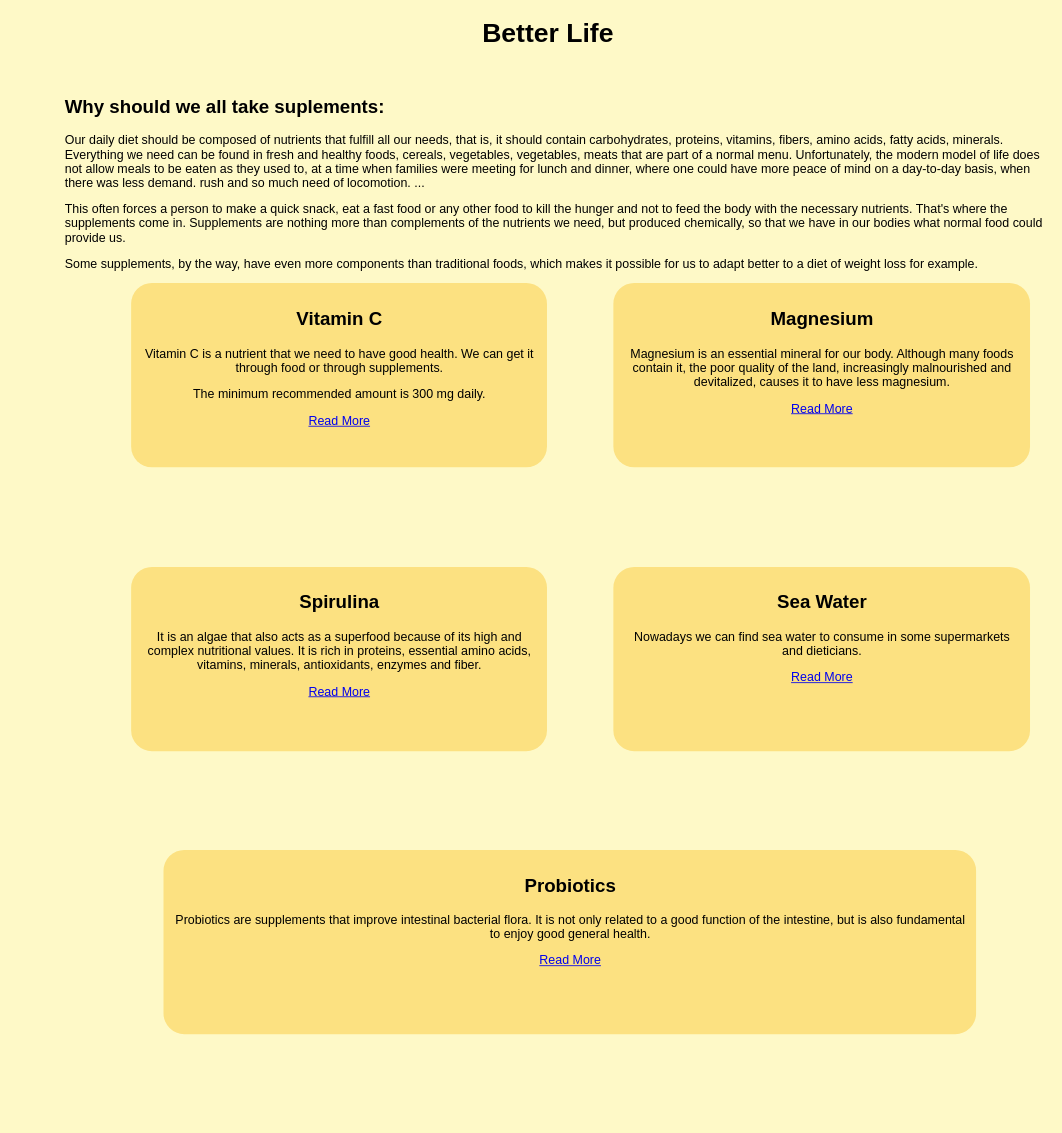
Repository: DSerenoG/Assessment2
Page: index.html
The author's editor kept a record of every edit. The page is drawn from the files as they stood at one moment, then again after the next edit.
The browser window is 1280 px wide. The pictures show the whole page, at 83% of full size.

Above is the page before.

### index.html
<!DOCTYPE html>
<html lang="en">
<head>
    <meta charset="UTF-8">
    <meta name="viewport" content="width=device-width, initial-scale=1.0">
    <meta http-equiv="X-UA-Compatible" content="ie=edge">
    <link rel="stylesheet" href="css/main.css" type="text/css" />
    <title>Document</title>
</head>
<body>


    <div id = "head">
        <ul>
             <h1>Better Life</h1>
        </ul>
    </div>

    <div id ="main_section">

        <reason style="width:40%">
            <h2>Why should we all take suplements: </h2>
            <p>Our daily diet should be composed of nutrients that fulfill all our needs, that is, it should contain carbohydrates, proteins, vitamins, fibers, amino acids, fatty acids, minerals. Everything we need can be found in fresh and healthy foods, cereals, vegetables, vegetables, meats that are part of a normal menu.
            Unfortunately, the modern model of life does not allow meals to be eaten as they used to, at a time when families were meeting for lunch and dinner, where one could have more peace of mind on a day-to-day basis, when there was less demand. rush and so much need of locomotion. <span id="dots">...</span><span id="more">
            <p>This often forces a person to make a quick snack, eat a fast food or any other food to kill the hunger and not to feed the body with the necessary nutrients.
            That's where the supplements come in. Supplements are nothing more than complements of the nutrients we need, but produced chemically, so that we have in our bodies what normal food could provide us.
            <p>Some supplements, by the way, have even more components than traditional foods, which makes it possible for us to adapt better to a diet of weight loss for example.
             </p>

        </reason>

        <suplement1  id="boxes">
            <h2>Vitamin C</h2>
            <p>Vitamin C is a nutrient that we need to have good health. We can get it through food or through supplements.</p>
            <p>The minimum recommended amount is 300 mg daily.</p>
            <a href="suplement_1.html">Read More</a>
        </suplement1>

        <suplement2  id="boxes">
            <h2>Magnesium</h2>
            <p>Magnesium is an essential mineral for our body. Although many foods contain it, the poor quality of the land, increasingly malnourished and devitalized, causes it to have less magnesium.</p>
            <a href="suplement_2.html">Read More</a>

        </suplement2>

        <suplement3  id="boxes">
            <h2>Spirulina</h2>
            <p>It is an algae that also acts as a superfood because of its high and complex nutritional values. It is rich in proteins, essential amino acids, vitamins, minerals, antioxidants, enzymes and fiber.</p>
             <a href="suplement_3.html">Read More</a>
        </suplement3>

        <suplement4 id="boxes">
            <h2>Sea Water</h2>
            <p>Nowadays we can find sea water to consume in some supermarkets and dieticians. </p>
            <a href="suplement_4.html">Read More</a>
        </suplement4>

        <suplement5 style="width:80%" >
            <h2>Probiotics</h2>
            <p>Probiotics are supplements that improve intestinal bacterial flora. It is not only related to a good function of the intestine, but is also fundamental to enjoy good general health.</p>
            <a href="suplement_5.html">Read More</a>
        </suplement5>

        <script type="text/javascript">
        function myFunction() {
          var dots = document.getElementById("dots");
          var moreText = document.getElementById("more");
          var btnText = document.getElementById("myBtn");

          if (dots.style.display === "none") {
            dots.style.display = "inline";
            btnText.innerHTML = "Read more";
            moreText.style.display = "none";
          } else {
            dots.style.display = "none";
            btnText.innerHTML = "Read less";
            moreText.style.display = "inline";
          }
        }
        </script>

    </div>
</body>
</html>

### css/main.css
#head{
    text-align: center;
    margin-bottom: 1%;
    font-family: arial;
}

body{
    background-color:#FEF9C7;
}

#main_section{
    font-size: 15px;
    font-family: arial;
    margin-left: 70px;
}

reason{
    margin-bottom: 3%;
    padding: 1%;
}


suplement5{
    margin: auto;
    padding:1%;
    text-align: center;
    font-size: 15px;
    float: left;
    margin-left: 10%;
    margin-right: -50%;
    margin-bottom: 10%;
    background-color:#FCE181;
    height: 25ex;
    font-family: arial;
     border-radius:25px;
}

#boxes{
    width: 40%;
    background-color:#FCE181;
    padding: 1%;
    text-align:center;
    font-size: 15px;
    float: left;
    margin-left: 80px;
    margin-bottom: 10%;
    height: 25ex;
    font-family: arial;
    border-radius:25px;

}

#b1{
    width: 40%;
    background-color:#FCE181;
    padding: 1%;
    text-align:center;
    font-size: 15px;
    float: left;

    margin-top: 1.5%;
    margin-left: 80px;
    margin-bottom: 10%;
    height: 25ex;
    font-family: arial;
    border-radius:25px;

}

#d1{
   width:90%;
    background-color:#FCE181;
    padding: 1%;
    text-align:center;
    font-size: 15px;
    float: left;
    margin-left: 3%;
    margin-bottom: 10%;
    height: auto;
    font-family: arial;
    border-radius:25px;
}

#text{
    width: 500px;
    margin:0px;
    display: inline-block;
    float:left;
}

#image{
    float:right;
    margin-right: 270px;
    margin-top: 80px;

}

#more {display: none;}


#p{
    padding-top: 300px;
    float: left;
    margin-left: 5%;
}

After the next edit:
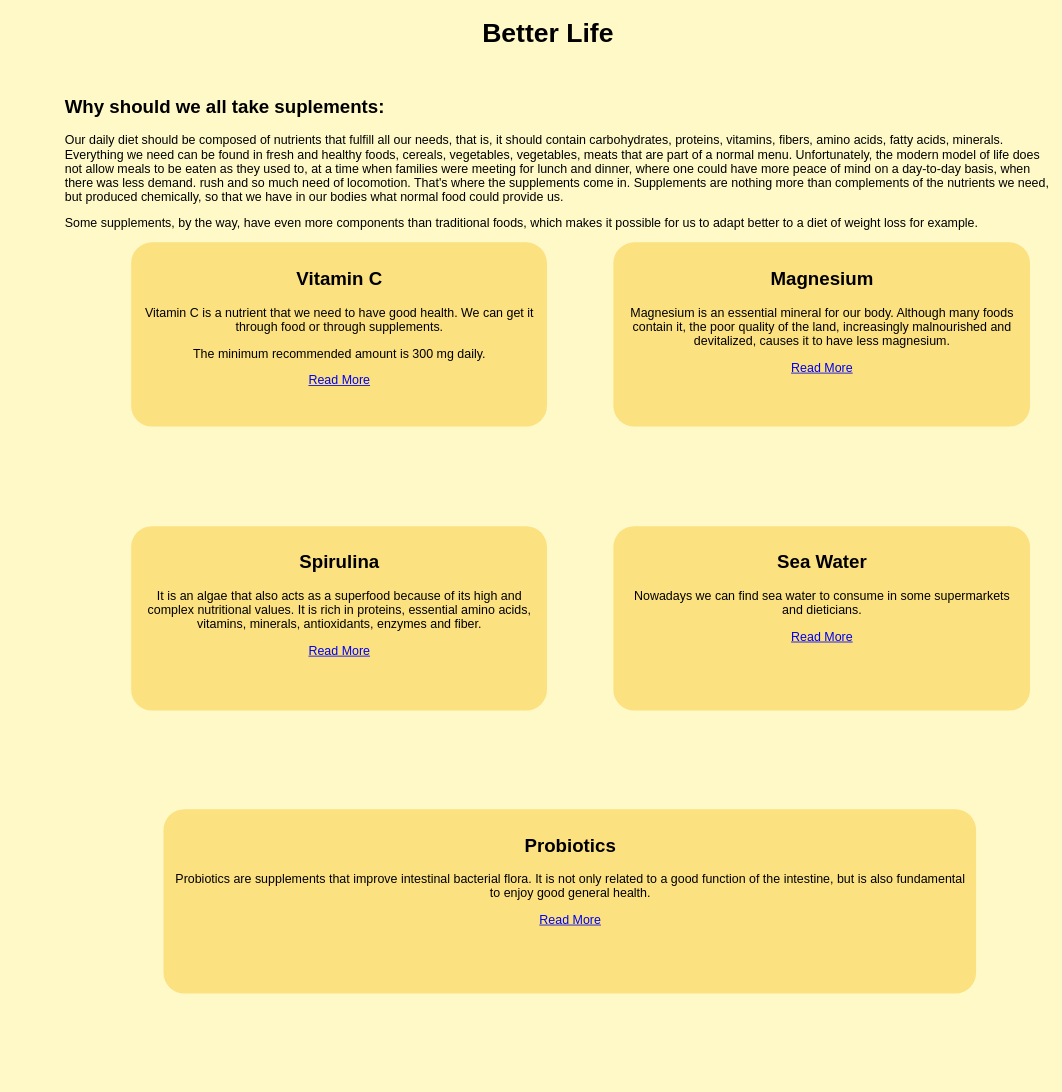
The edit:
--- a/index.html
+++ b/index.html
@@ -21,8 +21,7 @@
         <reason style="width:40%">
             <h2>Why should we all take suplements: </h2>
             <p>Our daily diet should be composed of nutrients that fulfill all our needs, that is, it should contain carbohydrates, proteins, vitamins, fibers, amino acids, fatty acids, minerals. Everything we need can be found in fresh and healthy foods, cereals, vegetables, vegetables, meats that are part of a normal menu.
-            Unfortunately, the modern model of life does not allow meals to be eaten as they used to, at a time when families were meeting for lunch and dinner, where one could have more peace of mind on a day-to-day basis, when there was less demand. rush and so much need of locomotion. <span id="dots">...</span><span id="more">
-            <p>This often forces a person to make a quick snack, eat a fast food or any other food to kill the hunger and not to feed the body with the necessary nutrients.
+            Unfortunately, the modern model of life does not allow meals to be eaten as they used to, at a time when families were meeting for lunch and dinner, where one could have more peace of mind on a day-to-day basis, when there was less demand. rush and so much need of locomotion.
             That's where the supplements come in. Supplements are nothing more than complements of the nutrients we need, but produced chemically, so that we have in our bodies what normal food could provide us.
             <p>Some supplements, by the way, have even more components than traditional foods, which makes it possible for us to adapt better to a diet of weight loss for example.
              </p>
